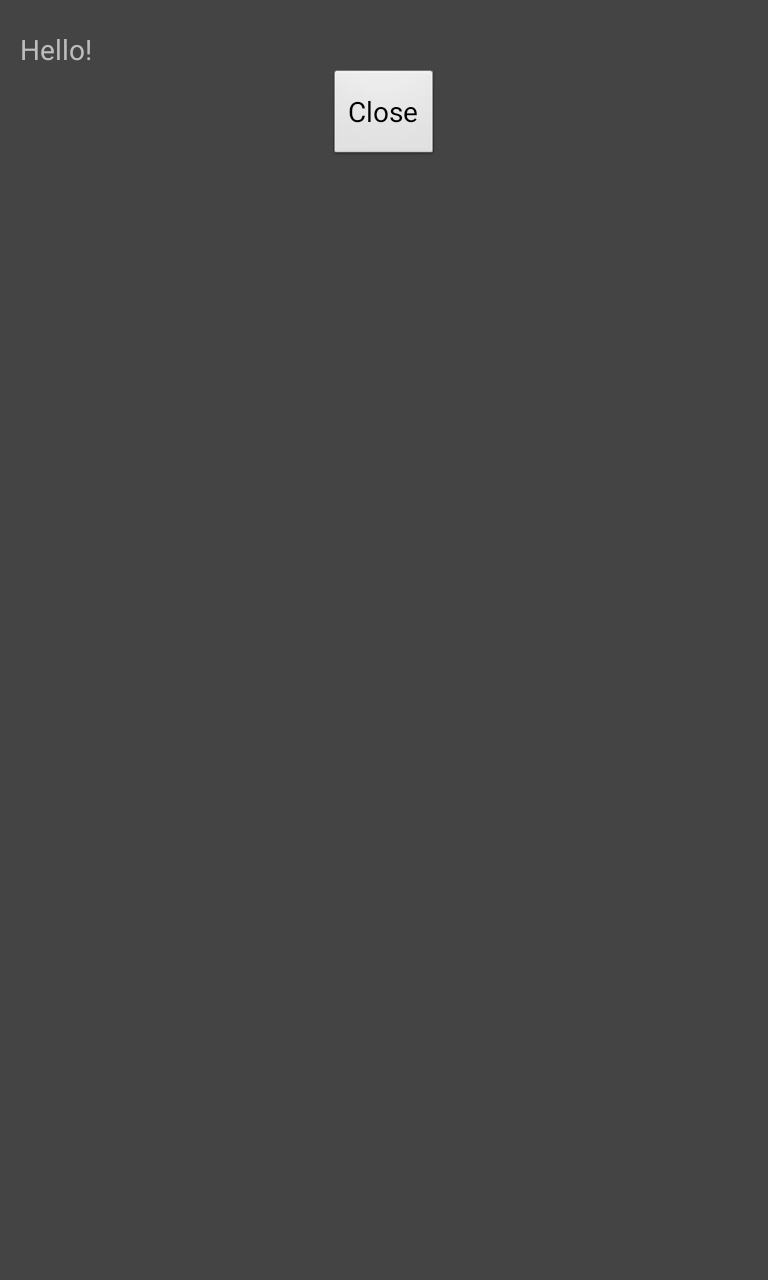
Repository: DreadMuffin/work
Layout: tablets/Historie/res/layout/popup.xml
These files come from the project's save history. The layout is drawn as it stood at one moment and after the next save; the edit follows.
It is drawn on a 768 x 1280 px phone screen (xhdpi) without system bars, with theme android:Theme.NoTitleBar; the app's code is not run.

Above is the layout before, as saved 2015-02-26 03:52:17.

After the next save:
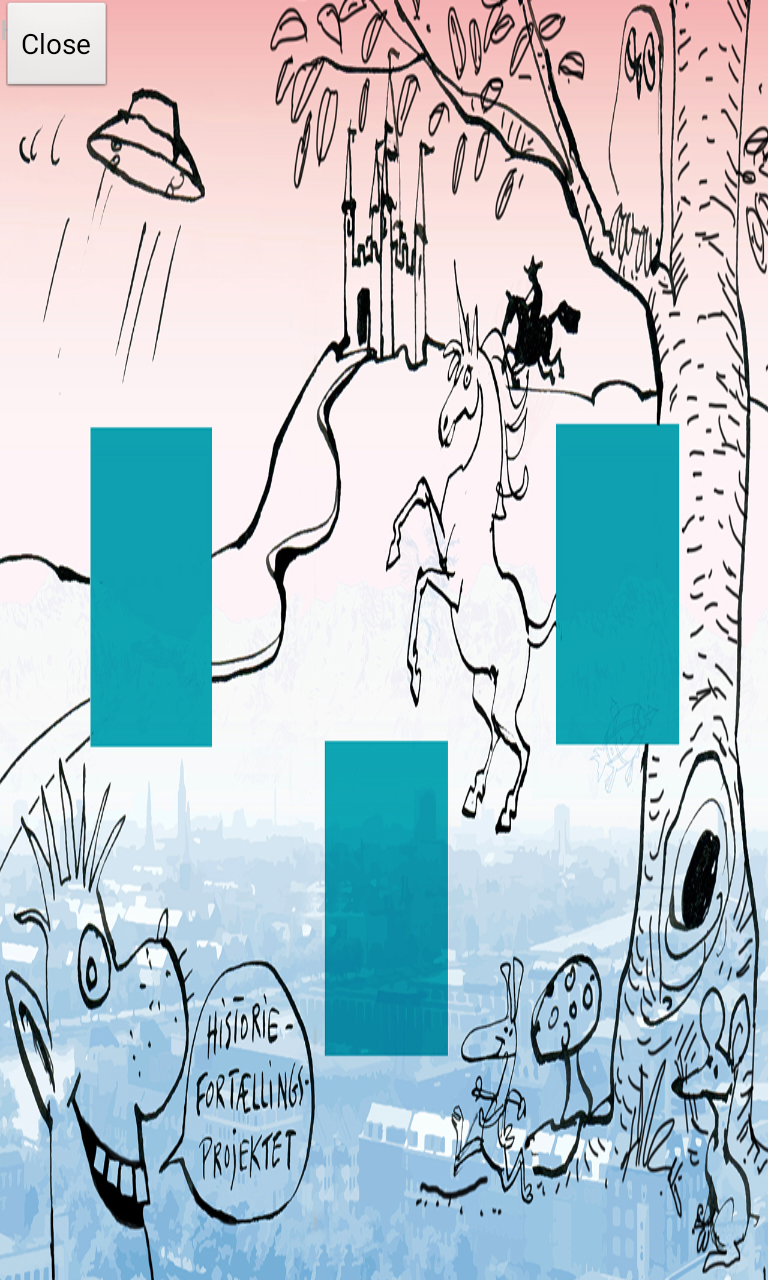
Saved 2 min 46 s later.
--- a/tablets/Historie/res/layout/popup.xml
+++ b/tablets/Historie/res/layout/popup.xml
@@ -1,10 +1,9 @@
-<LinearLayout xmlns:android="http://schemas.android.com/apk/res/android"
-	android:id="@+id/popup_element"
-	android:layout_width="fill_parent"
-	android:layout_height="fill_parent"
-	android:background="#444444"
-	android:orientation="vertical"
-	android:padding="10sp" >
+<RelativeLayout xmlns:android="http://schemas.android.com/apk/res/android"
+    xmlns:tools="http://schemas.android.com/tools"
+    android:layout_width="match_parent"
+    android:layout_height="match_parent"
+    android:background="@drawable/wphis"
+    tools:context=".Historie" >
 
 	<TextView
 	android:id="@+id/txtView"
@@ -20,4 +19,4 @@
 	android:layout_gravity="center"
 	android:text="Close" />
 
-</LinearLayout>
+</RelativeLayout>
